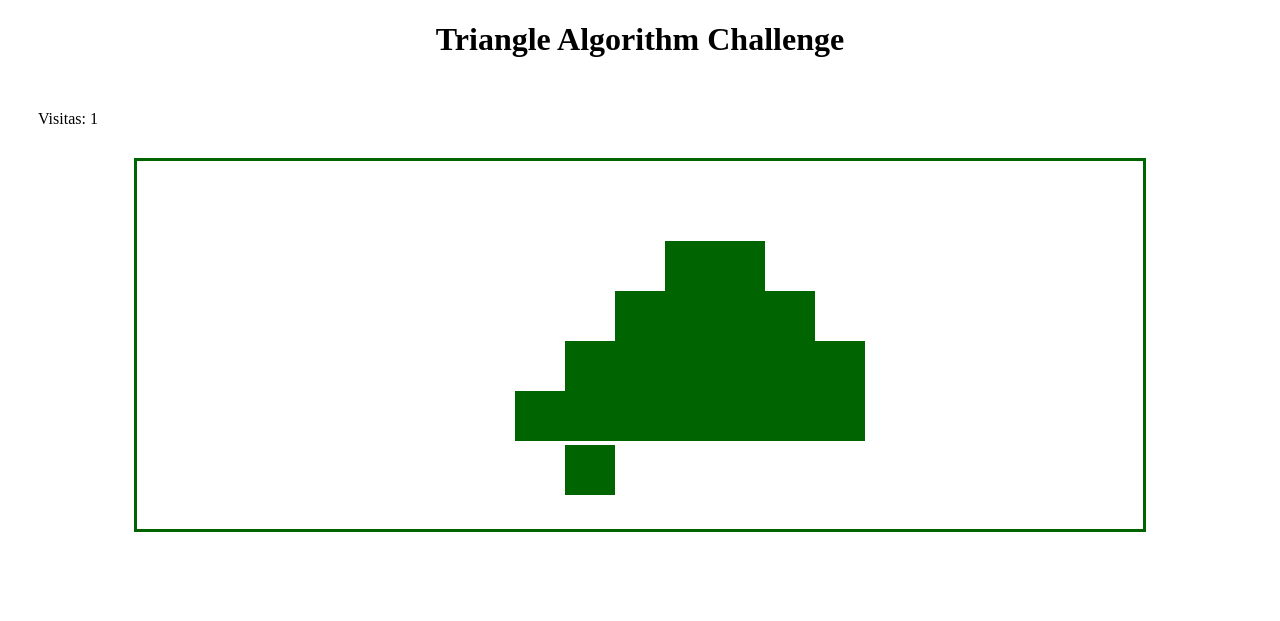
Repository: Hugobrr/trybe-exercises
Page: exercises/5_bloco/exercise-end-block5/index.html
The author's editor kept a copy of each file at every save. The page is drawn from the files as they stood at one save, then again after the next save.
The browser window is 1280 px wide. The pictures show the whole page.

Above is the page before, as saved 2020-11-05 17:41:22.

### exercises/5_bloco/exercise-end-block5/index.html
<!DOCTYPE html>
<html lang="pt-br">
<head>
  <meta charset="UTF-8">
  <meta name="viewport" content="width=device-width, initial-scale=1.0">
  <title>Triangle</title>
  <link rel="stylesheet" type="text/css" href="style.css">
  <script type="text/javascript" src="script.js"></script>
</head>
<body>
  <header>
    <h1>Triangle Algorithm Challenge</h1>
  </header>
  <div class="visit">Visitas: <span id="count"></span></div>
  <div class="container center">
    <div class="triangle">
      <!-- Cada uma dessas divs representa uma das 5 linhas da piramide -->
      <div class="line"></div>
      <div class="line"></div>
      <div class="line"></div>
      <div class="line"></div>
      <div class="line"></div>
    </div>
  </div>
</body>
</html>

### exercises/5_bloco/exercise-end-block5/style.css
h1 {
  text-align: center;
}

.container {
  border: 3px solid darkgreen;
  box-sizing: border-box;
  padding: 30px;
  width: 80%;
  text-align: center;
}

.center {
  margin-left: auto;
  margin-right: auto;
}

.triangle {
  display: inline-block;
}

.line {
  width: 450px;
  height: 50px;
}

.box {
  width: 50px;
  height: 50px;
  background-color: darkgreen;
  display: inline-block;
  background: darkgreen;
}

.box-empty {
  width: 50px;
  height: 50px;
  background-color: white;
  display: inline-block;
}

.visit {
  padding: 30px;
}

### exercises/5_bloco/exercise-end-block5/script.js
window.onload = function() {
  let basePyramid = 12;
  let numberOfLines = (basePyramid + 1) / 2; // 5
  let controlLeft = numberOfLines; // 5
  let controlRight = numberOfLines; // 5
  let lines = document.querySelectorAll(".line");

  updateVisit();

  fillTriangle(lines);

  // Atualiza a quantidade de visitar no site, utilizando o LocalStorage
  function updateVisit() {
    if (typeof (Storage) != "undefined") {
      if(localStorage.count !== undefined) {
        let count = parseInt(localStorage.count);
        count+=1;
        localStorage.count = count;
        document.getElementById("count").innerHTML = count;
      } else {
        localStorage.count = 1;
        document.getElementById("count").innerHTML = 1;
      }
    } else {
      document.write("Sem suporte para Web Storage");
    }
  }

  // Passa por todos as linhas (div com class line) e preenche o triangulo
  function fillTriangle(lines) {
    for(let index = 0; index < lines.length; index += 1) {
      fillLine(lines[index]);
      controlRight += 1;
      controlLeft -= 1;
    }
  }

  // Cria uma caixa com base nas diferentes classes
  function createBox(className) {
    let box = document.createElement("div");
    box.className = className;
    return box;
  }

  // Preenche uma linha
  function fillLine(divLine) {
    for (let lineColumn = 1; lineColumn <= basePyramid; lineColumn += 1) {
      if(lineColumn >= controlLeft && lineColumn <= controlRight) {
        let box = createBox("box");
        divLine.appendChild(box);
      } else {
        divLine.appendChild(createBox("box-empty"));
      }
    }
  }
}

After the next save:
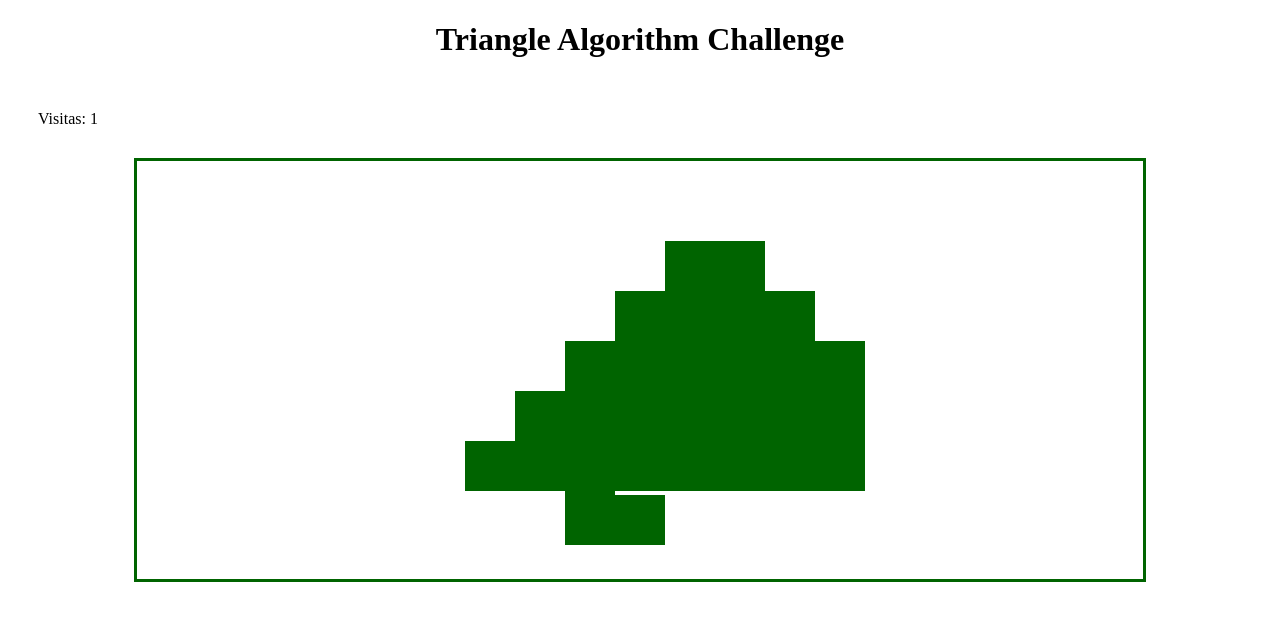
Saved 23 s later.
--- a/exercises/5_bloco/exercise-end-block5/index.html
+++ b/exercises/5_bloco/exercise-end-block5/index.html
@@ -20,6 +20,7 @@
       <div class="line"></div>
       <div class="line"></div>
       <div class="line"></div>
+      <div class="line"></div>
     </div>
   </div>
 </body>
